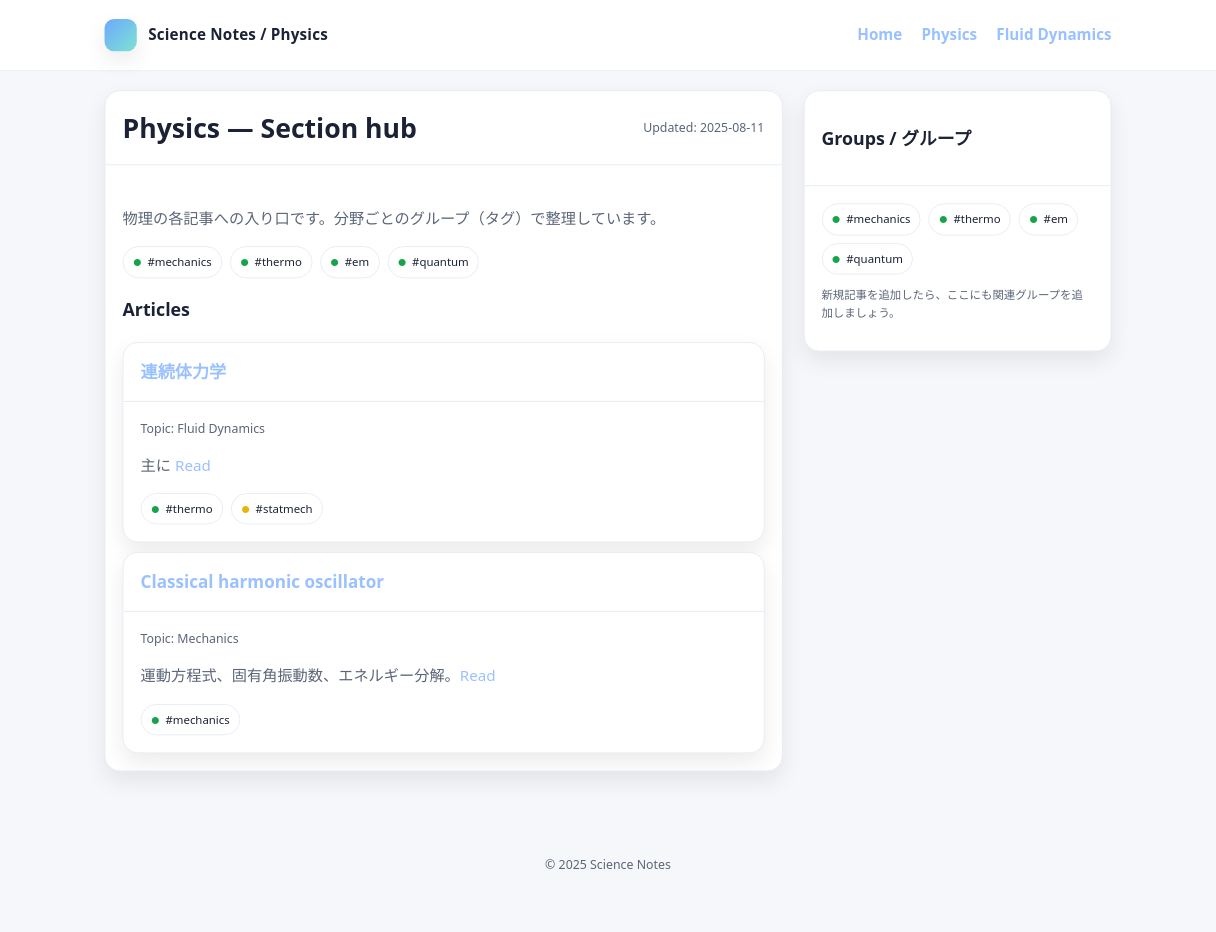
Repository: Riki-Mochimaru/tureduretunedune
Page: physics/index.html
The author's editor kept a copy of each file at every save. The page is drawn from the files as they stood at one save, then again after the next save.
The browser window is 1280 px wide. The pictures show the whole page, at 95% of full size.

Above is the page before, as saved 2025-08-11 20:19:36.

### physics/index.html
<!-- ===============================
     FILE 1: physics/index.html — Physics section hub
     Save this as: /physics/index.html
     (American English in code comments; British English in visible prose.)
================================== -->
<!DOCTYPE html>
<html lang="ja">
<head>
  <meta charset="utf-8" />
  <meta name="viewport" content="width=device-width, initial-scale=1" />
  <title>Physics — Science Notes</title>
  <link rel="stylesheet" href="../assets/styles.css"><!-- shared CSS -->
</head>
<body>
  <header class="site">
    <div class="shell row">
      <div class="brand"><div class="brand-badge"></div><div>Science Notes / Physics</div></div>
      <nav>
        <a href="../">Home</a>
        <a href="./">Physics</a>
        <a href="FluidDynamics/">Fluid Dynamics</a>
      </nav>
    </div>
  </header>

  <main class="shell">
    <section class="grid" aria-label="Physics articles and sidebar">
      <div>
        <article class="card post">
          <div class="hd">
            <h2>Physics — Section hub</h2>
            <div class="meta"><span>Updated: <time datetime="2025-08-11">2025‑08‑11</time></span></div>
          </div>
          <div class="bd">
            <p class="lead">物理の各記事への入り口です。分野ごとのグループ（タグ）で整理しています。</p>
            <div class="tags">
              <span class="tag" data-g="phys">#mechanics</span>
              <span class="tag" data-g="phys">#thermo</span>
              <span class="tag" data-g="phys">#em</span>
              <span class="tag" data-g="phys">#quantum</span>
            </div>

            <!-- Article list (add more <article> blocks or <li> items) -->
            <h3>Articles</h3>
            <div class="list">
              <article class="card">
                <div class="hd"><h2 style="font-size:18px; margin:0;">
                  <a href="FluidDynamics/">連続体力学</a>
                </h2></div>
                <div class="bd">
                  <div class="meta"><span>Topic: Fluid Dynamics</span></div>
                  <p class="lead">主に
                    <a href="FluidDynamics/">Read</a></p>
                  <div class="tags"><span class="tag" data-g="phys">#thermo</span><span class="tag" data-g="stats">#statmech</span></div>
                </div>
              </article>

              <article class="card">
                <div class="hd"><h2 style="font-size:18px; margin:0;">
                  <a href="harmonic-oscillator/">Classical harmonic oscillator</a>
                </h2></div>
                <div class="bd">
                  <div class="meta"><span>Topic: Mechanics</span></div>
                  <p class="lead">運動方程式、固有角振動数、エネルギー分解。<a href="harmonic-oscillator/">Read</a></p>
                  <div class="tags"><span class="tag" data-g="phys">#mechanics</span></div>
                </div>
              </article>
            </div>
          </div>
        </article>
      </div>

      <aside class="aside">
        <section class="card">
          <div class="hd"><h3>Groups / グループ</h3></div>
          <div class="bd">
            <div class="tags">
              <span class="tag" data-g="phys">#mechanics</span>
              <span class="tag" data-g="phys">#thermo</span>
              <span class="tag" data-g="phys">#em</span>
              <span class="tag" data-g="phys">#quantum</span>
            </div>
            <p class="hint">新規記事を追加したら、ここにも関連グループを追加しましょう。</p>
          </div>
        </section>
      </aside>
    </section>
  </main>

  <footer class="site"><div class="shell">© 2025 Science Notes</div></footer>

  <!-- MathJax (enable TeX rendering if you use TeX on this page) -->
  <script>
    window.MathJax = { tex: { inlineMath: [['$','$'], ['\\(','\\)']], displayMath: [['$$','$$'], ['\\[','\\]']] }, options: { renderActions: { addMenu: [] } } };
  </script>
  <script src="https://cdn.jsdelivr.net/npm/mathjax@3/es5/tex-mml-chtml.js" async></script>
</body>
</html>

### assets/styles.css
/* styles.css — Science Notes
   House style: British English prose; American English in code comments.
*/

/* =========================
   Design tokens
   ========================= */
   :root {
    --bg: #0b0c10;
    --surface: #0f1117;
    --card: #121520;
    --text: #e8ecf8;
    --subtle: #9aa3b2;
    --border: #1e2636;
    --brand: #6ea8fe;
    --accent: #7de2d1;
    --warn: #ffd166;
    --danger: #ff6b6b;
    --radius: 16px;
    --shadow: 0 10px 24px rgba(0,0,0,.35), 0 1px 0 rgba(255,255,255,.04) inset;
    --font-sans: ui-sans-serif, system-ui, -apple-system, Segoe UI, Roboto, Noto Sans JP, "Helvetica Neue", Arial;
    --font-mono: ui-monospace, SFMono-Regular, Menlo, Monaco, Consolas, "Liberation Mono", monospace;
  }
  @media (prefers-color-scheme: light) {
    :root {
      --bg: #f6f7fb; --surface: #ffffff; --card: #ffffff; --text: #1b2235; --subtle: #5b6578; --border: #e7ecf4;
      --shadow: 0 10px 24px rgba(0,0,0,.08);
    }
  }

  /* Base */
  *, *::before, *::after { box-sizing: border-box; }
  html, body { height: 100%; }
  body { margin: 0; font-family: var(--font-sans); background: var(--bg); color: var(--text); line-height: 1.6; }
  /* Accessible link look */
  a { color: #9ac1ff; text-decoration: none; }
  a:hover { text-decoration: underline; }

  /* Header */
  header.site { position: sticky; top: 0; z-index: 10; background: color-mix(in oklab, var(--surface) 92%, transparent); border-bottom: 1px solid var(--border); backdrop-filter: blur(6px); }
  .shell { max-width: 1100px; margin: 0 auto; padding: 20px; }
  .row { display: grid; grid-template-columns: 1fr auto; align-items: center; gap: 16px; }
  .brand { display: flex; align-items: center; gap: 12px; font-weight: 800; letter-spacing: .2px; }
  .brand-badge { width: 34px; height: 34px; border-radius: 10px; background: linear-gradient(135deg, var(--brand), var(--accent)); box-shadow: var(--shadow); }
  nav a { margin-left: 16px; font-weight: 600; }

  /* Layout */
  main { padding-top: 10px; }
  .grid { display: grid; grid-template-columns: 2.2fr 1fr; gap: 22px; align-items: start; }
  @media (max-width: 980px) { .grid { grid-template-columns: 1fr; } }

  /* Cards */
  .card { background: var(--card); border: 1px solid var(--border); border-radius: var(--radius); box-shadow: var(--shadow); overflow: clip; }
  .card .hd { padding: 16px 18px; border-bottom: 1px solid var(--border); display:flex; align-items:center; justify-content: space-between; }
  .card .bd { padding: 18px; }

  /* Tag/Group chips */
  .tags { display:flex; flex-wrap: wrap; gap: 8px; }
  .tag { --c: #334155; color: var(--text); font-size: 12px; padding: 6px 10px; border: 1px solid var(--border); border-radius: 999px; background: color-mix(in oklab, var(--card) 88%, transparent); }
  .tag[data-g="math"]   { --c: #2563eb; }
  .tag[data-g="phys"]   { --c: #16a34a; }
  .tag[data-g="cs"]     { --c: #a855f7; }
  .tag[data-g="stats"]  { --c: #eab308; }
  .tag[data-g="ethics"] { --c: #ef4444; }
  .tag::before { content: "●"; font-size: 10px; margin-right: 6px; color: var(--c); }

  /* Article */
  article.post { display: grid; gap: 10px; }
  article.post h2 { margin: 0; font-size: clamp(20px, 2.6vw, 28px); }
  .meta { color: var(--subtle); font-size: 13px; display:flex; gap: 12px; flex-wrap: wrap; }
  .lead { color: var(--subtle); }

  /* Math blocks (TeX text before JS render) */
  .math { font-family: var(--font-mono); background: color-mix(in oklab, var(--card) 90%, transparent); border: 1px dashed var(--border); border-radius: 10px; padding: 10px 12px; overflow:auto; }
  .eqno { float: right; color: var(--subtle); margin-left: 8px; }

  /* Comment UI (static) */
  .comments { margin-top: 8px; border-top: 1px dashed var(--border); padding-top: 10px; }
  .comment { display: grid; grid-template-columns: 40px 1fr; gap: 10px; padding: 12px 0; }
  .comment + .comment { border-top: 1px dashed var(--border); }
  .avatar { width: 40px; height: 40px; border-radius: 50%; background: linear-gradient(135deg, var(--brand), var(--accent)); display:grid; place-items:center; font-weight: 800; color: #0008; }
  .who { font-weight: 700; }
  .when { color: var(--subtle); font-size: 12px; }

  /* Simple form look (non-functional without JS/backend) */
  .form { display: grid; gap: 10px; background: color-mix(in oklab, var(--card) 90%, transparent); border: 1px solid var(--border); border-radius: 12px; padding: 12px; }
  .input, .textarea { width: 100%; padding: 10px 12px; border-radius: 10px; border: 1px solid var(--border); background: var(--surface); color: var(--text); outline: none; }
  .input:focus, .textarea:focus { box-shadow: 0 0 0 6px #2a5fff33; }
  .btn { display: inline-flex; align-items: center; justify-content: center; gap: 8px; padding: 10px 14px; font-weight: 700; border-radius: 10px; border: 1px solid var(--border); background: linear-gradient(180deg, var(--brand), #4d86f7); color: #fff; cursor: not-allowed; opacity: .8; }
  .hint { font-size: 12px; color: var(--subtle); }

  /* Aside */
  .aside .card + .card { margin-top: 18px; }
  .list { display: grid; gap: 10px; }

  /* Footer */
  footer.site { margin-top: 28px; color: var(--subtle); font-size: 13px; text-align: center; padding: 20px 0 40px; }

  /* Print */
  @media print {
    header.site, footer.site { display:none; }
    .card { box-shadow: none; border-color: #ccc; }
    a { color: #000; text-decoration: none; }
  }

After the next save:
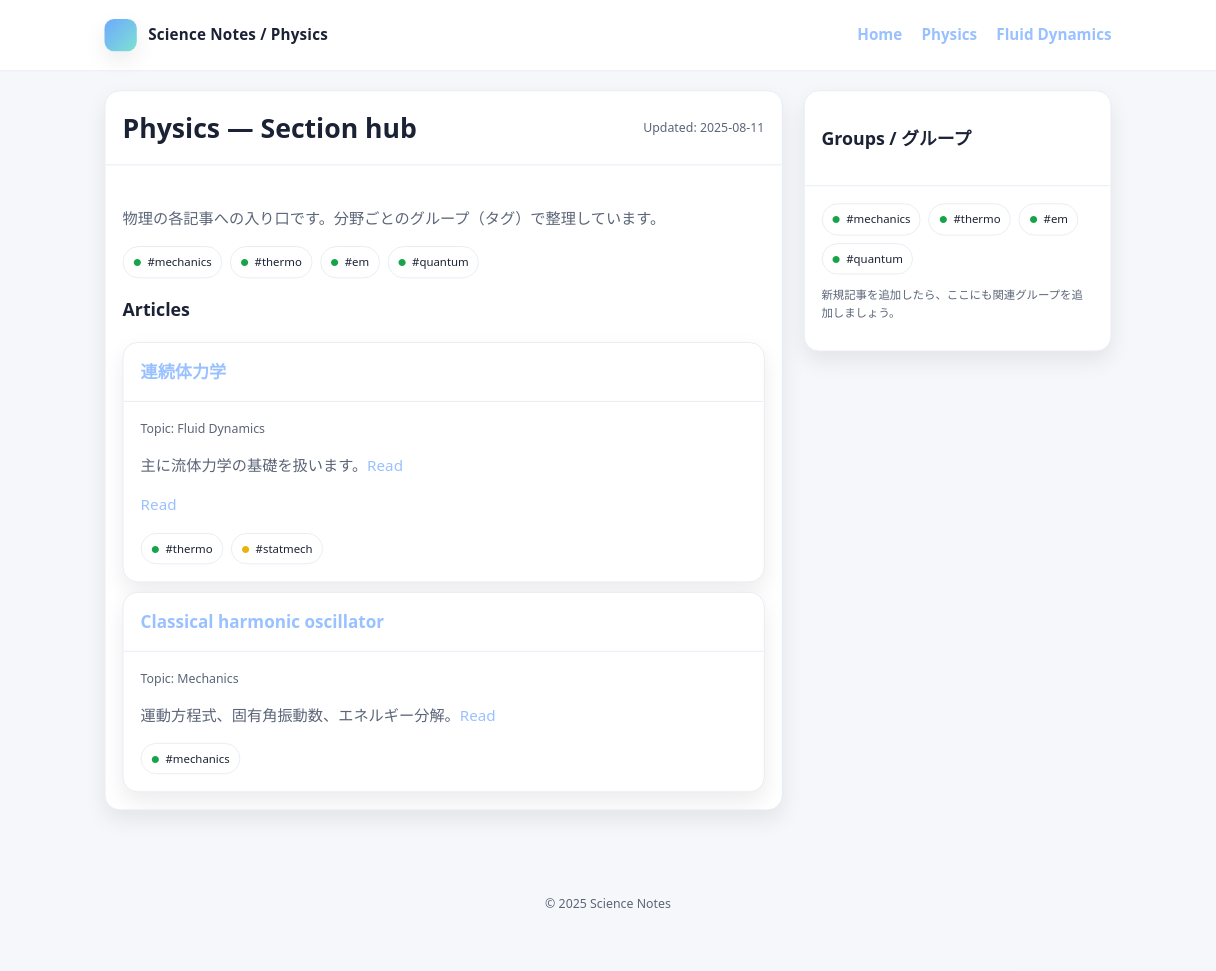
Saved 6 s later.
--- a/physics/index.html
+++ b/physics/index.html
@@ -49,7 +49,7 @@
                 </h2></div>
                 <div class="bd">
                   <div class="meta"><span>Topic: Fluid Dynamics</span></div>
-                  <p class="lead">主に
+                  <p class="lead">主に流体力学の基礎を扱います。<a href="FluidDynamics/">Read</a></p>
                     <a href="FluidDynamics/">Read</a></p>
                   <div class="tags"><span class="tag" data-g="phys">#thermo</span><span class="tag" data-g="stats">#statmech</span></div>
                 </div>

After the save that followed:
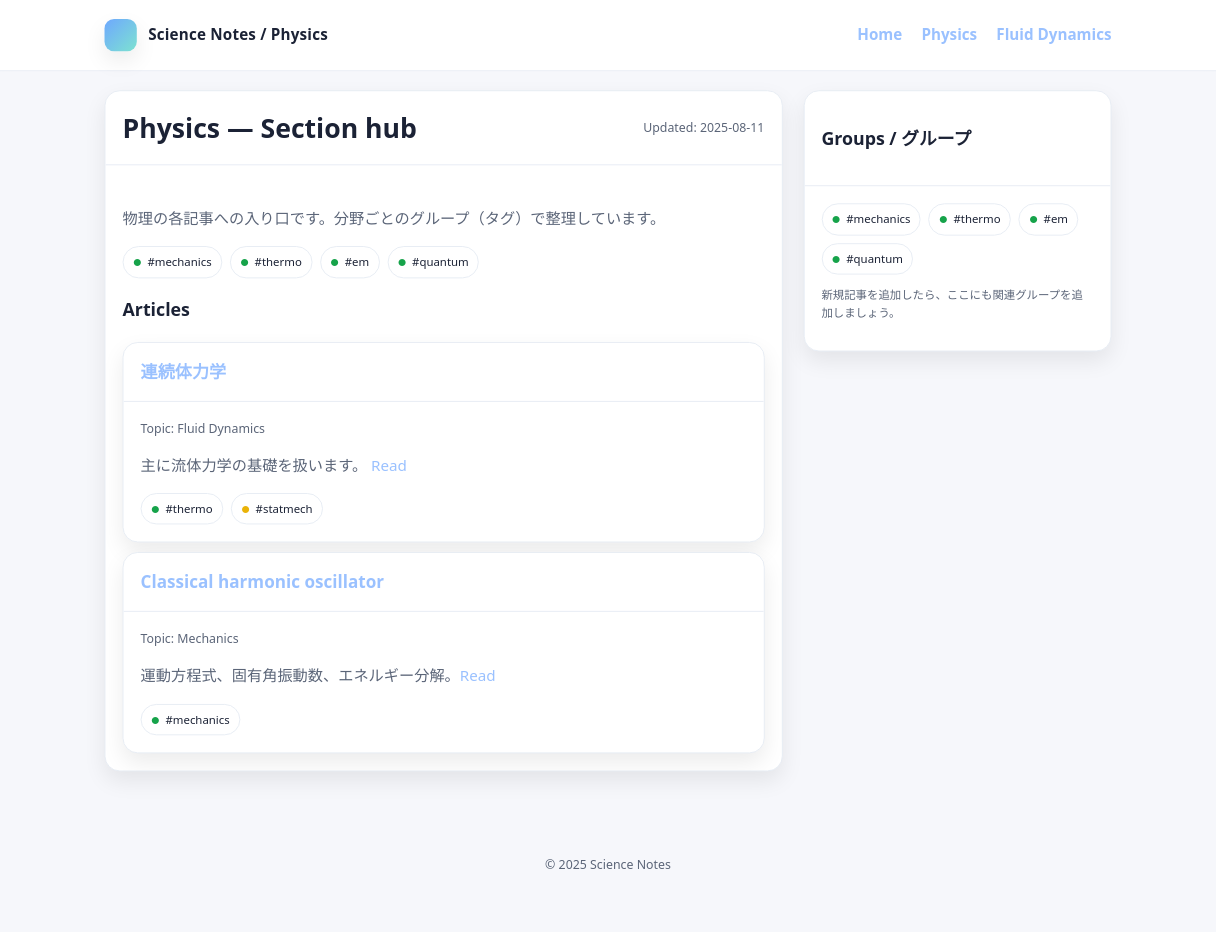
Saved 8 s later.
--- a/physics/index.html
+++ b/physics/index.html
@@ -49,7 +49,7 @@
                 </h2></div>
                 <div class="bd">
                   <div class="meta"><span>Topic: Fluid Dynamics</span></div>
-                  <p class="lead">主に流体力学の基礎を扱います。<a href="FluidDynamics/">Read</a></p>
+                  <p class="lead">主に流体力学の基礎を扱います。
                     <a href="FluidDynamics/">Read</a></p>
                   <div class="tags"><span class="tag" data-g="phys">#thermo</span><span class="tag" data-g="stats">#statmech</span></div>
                 </div>
